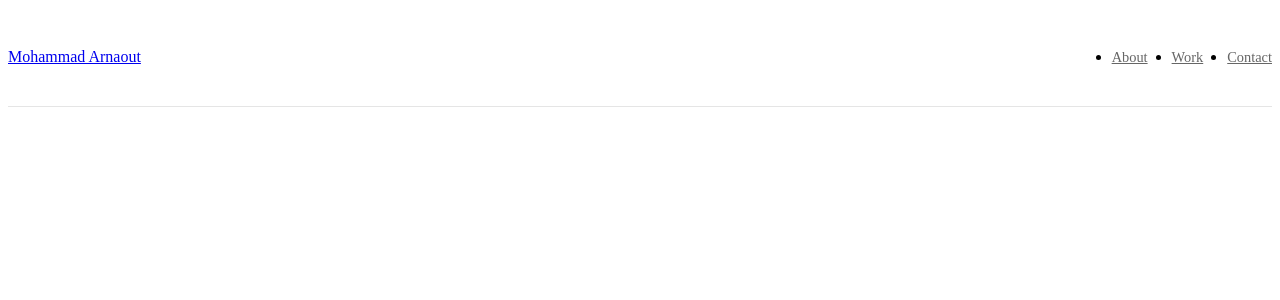
Repository: Moh-Arna/Moh-Arna
Page: index.html
These files come from the project's save history. The page is drawn as it stood at one moment and after the next save; the edit follows.
The browser window is 1280 px wide. The pictures show the whole page.

Above is the page before, as saved 2026-04-22 09:43:08.

### index.html
<!DOCTYPE html>
<html lang=""en>
<head>
  <meta charset="UTF-8">
  <meta name="viewport" content="width=device-width, initial-scale=1.0">
  <title>[Mohammad Arnaout] — Portfolio</title>

  <link rel="stylesheet" href="styles/globals.css">
  <link rel="stylesheet" href="styles/index.css">
</head>

<header class="header">

    <div class="header-inner">

        <a href="/" class="name">Mohammad Arnaout</a>

        <nav aria-label="Main Navigation">

            <ul class="nav">

                <li>
                    <a href="#about">About</a>
                </li>

                <li>
                    <a href="#work">Work</a>
                </li>

                <li>
                    <a href="#contact">Contact</a>
                </li>

            </ul>

        </nav>

    </div>

</header>

<main>

    <section>

    </section>

</main>

</html>

### styles/globals.css
:root{
    --bg:#fafafa;
    --text: #111;
    --muted: #666;
    --border: #e5e5e5;
}

### styles/index.css
.header{
    padding: 1.5rem 0;
    border-bottom: 1px solid var(--border);
}

.header-inner{
    display: flex;
    justify-content: space-between;
    align-items: center;
}

.nav{
    display: flex;
    gap: 1.5rem;
}

.nav a{
    color: var(--muted);
    font-size: 0.9rem;
}

.nav a:hover{
    color: var(--text);
}

After the next save:
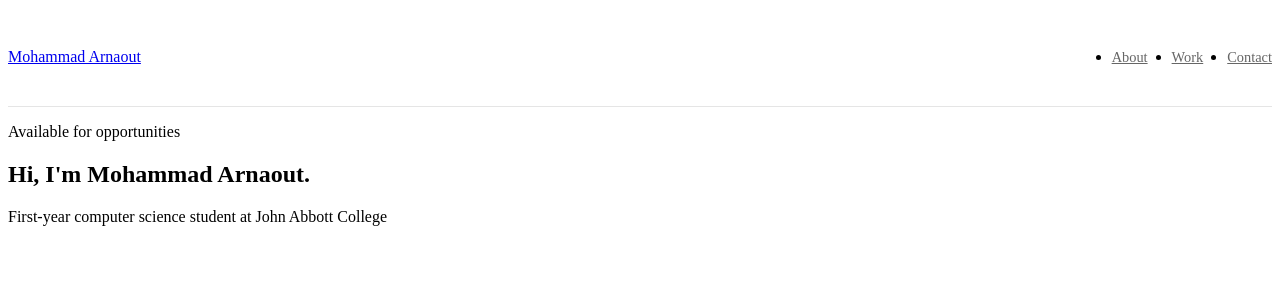
Saved 3 min 53 s later.
--- a/index.html
+++ b/index.html
@@ -41,7 +41,13 @@
 
 <main>
 
-    <section>
+    <section class="hero">
+
+        <div class="container">
+            <p class="top-paragraph">Available for opportunities</p>
+            <h1>Hi, I'm Mohammad Arnaout.</h1>
+            <p class="bottom-paragraph">First-year computer science student at John Abbott College</p>
+        </div>
 
     </section>
 
